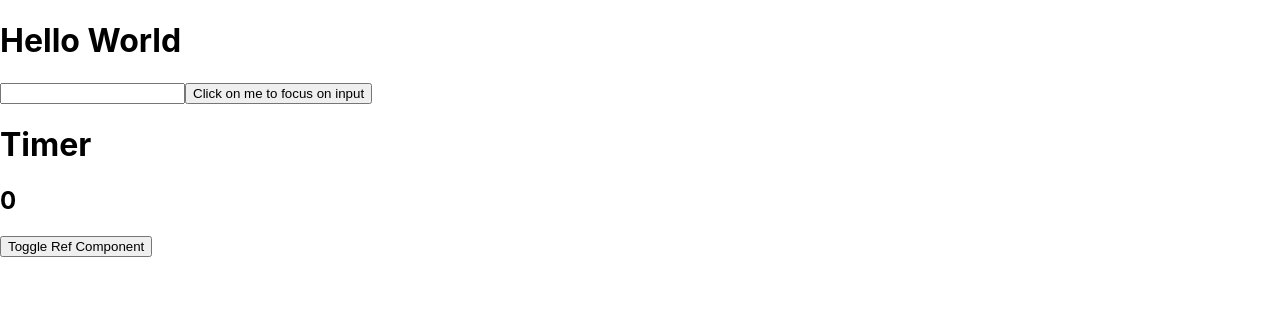
Repository: Aakash20bhatt/LearnReact
Page: / (app in machine-coding/)
These files come from the project's save history. The page is drawn as it stood at one moment and after the next save; the edit follows.
The browser window is 1280 px wide. The pictures show the whole page.
The project was rebuilt for these pictures with package versions that can differ from the ones it lists, and the page was loaded fresh each time. Also part of the build but not shown: machine-coding/src/App.css.

Above is the page before, as saved 2024-09-22 17:30:36.

### machine-coding/src/App.js
import './App.css';
import Ref from './components/Ref';
import { useState } from'react';

function App() {

  const [show, setShow] = useState(true);
  return (
    <>
    <h1>Hello World</h1>
    {show && <Ref/>}
    <button onClick={()=>setShow(!show)}>Toggle Ref Component</button>
    </>
  );
}

export default App;

### machine-coding/src/components/Ref.jsx
import {useEffect, useRef, useState} from 'react'

export default function Ref(){
    // This code is fine but it has  problems
    // 1. Whenever someone click on it, each time we are selected the input.
    // 2. In React , we do not interact with dom, you just gave the functionally.
    // const handleClick = ()=>{
    //     const inputEle = document.querySelector('input')
    //     inputEle.focus()
    // }

    // Issues: First this code execute then return wali statement re-render
    // Sol - so we use UseRef, when we want the reference of the DOM element.
    // const inputEle = document.querySelector('input')

    // const handleClick = ()=>{
    //     inputEle.focus()
    // }

    const [seconds, setSeconds] = useState(0);
    const inputRef = useRef(null);
    const intervalRef = useRef(null);
    const handleClick = ()=>{
        inputRef.current.focus();
    }

    const handlePause = ()=>{
        clearInterval(intervalRef.current);
    }

    useEffect(()=>{
        intervalRef.current = setInterval(()=>{
            setSeconds((prevSeconds) => prevSeconds + 1);
        },1000)

        return clearInterval(intervalRef.current);
    },[])
    return(
        <div>
            <input ref={inputRef} type="text" />
            <button onClick={handleClick}>Click on me to focus on input</button>
            <div>
                <h1>Timer</h1>
                <h2>{seconds}</h2>
            </div>
        </div>
    )
}

Loaded but not shown: machine-coding/public/index.html (common file); machine-coding/src/index.js (common file); machine-coding/src/index.css (common file); machine-coding/src/reportWebVitals.js (common file)

After the next save:
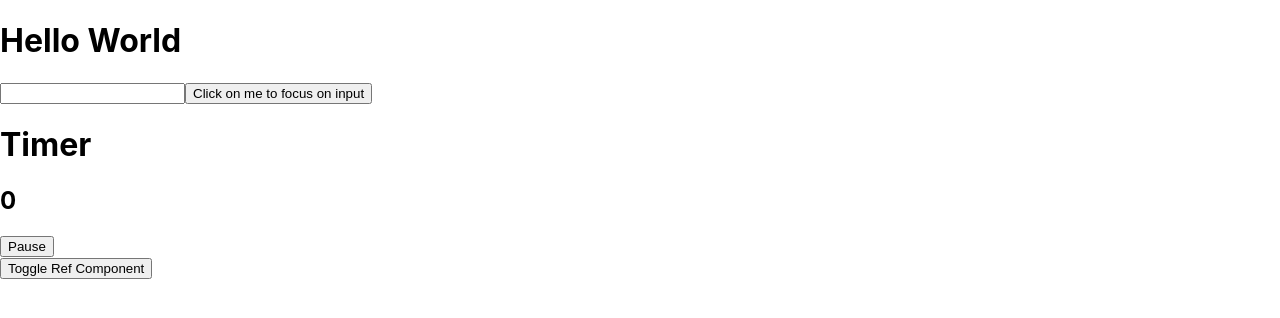
Saved 63 s later.
--- a/machine-coding/src/components/Ref.jsx
+++ b/machine-coding/src/components/Ref.jsx
@@ -42,6 +42,7 @@
             <div>
                 <h1>Timer</h1>
                 <h2>{seconds}</h2>
+                <button onClick={handlePause}>Pause</button>
             </div>
         </div>
     )

After the 3 saves that followed:
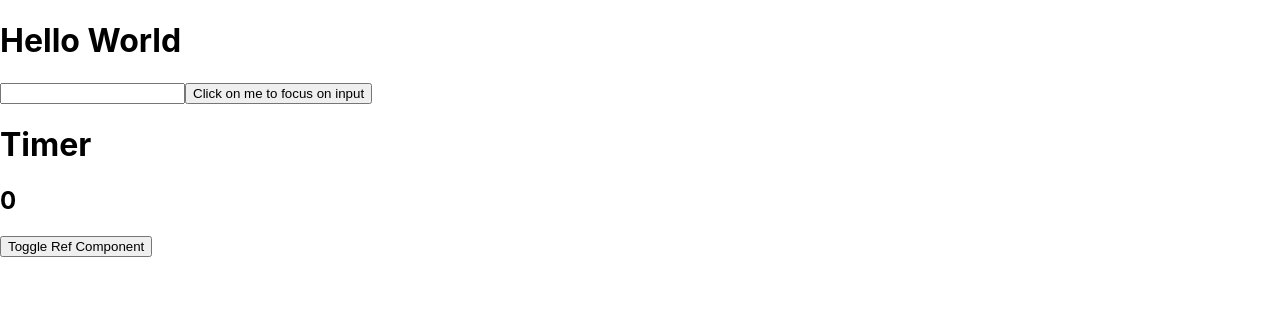
The 3 saves are shown as one change because 2 left the picture as it was.
The last was saved 2 min 28 s later.
--- a/machine-coding/src/components/Ref.jsx
+++ b/machine-coding/src/components/Ref.jsx
@@ -29,11 +29,11 @@
     }
 
     useEffect(()=>{
-        intervalRef.current = setInterval(()=>{
+        let intervalId = setInterval(()=>{
             setSeconds((prevSeconds) => prevSeconds + 1);
         },1000)
 
-        return clearInterval(intervalRef.current);
+        return clearInterval(intervalId);
     },[])
     return(
         <div>
@@ -42,7 +42,6 @@
             <div>
                 <h1>Timer</h1>
                 <h2>{seconds}</h2>
-                <button onClick={handlePause}>Pause</button>
             </div>
         </div>
     )
